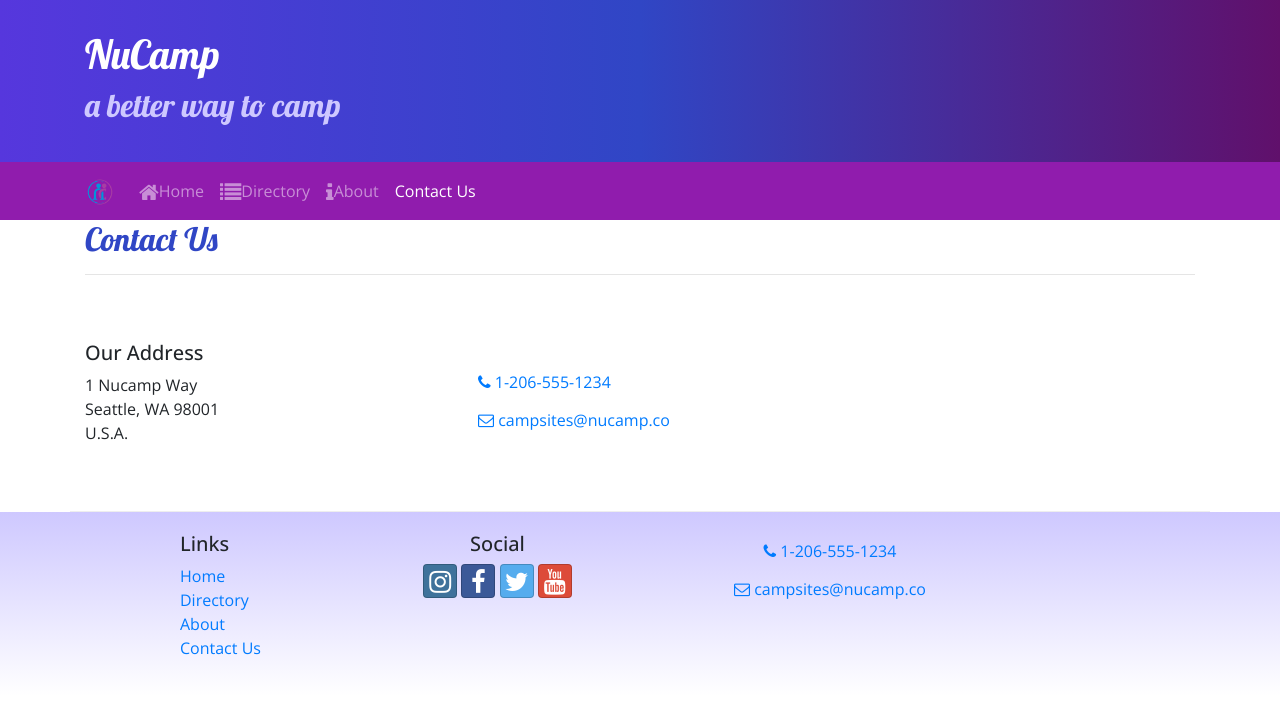
Repository: madisonisfan/nucamp-react
Page: /contactus
An editor plug-in stored every save of this project. The page is shown before and after the next save, followed by the edit.
The browser window is 1280 px wide. The pictures show the whole page.
The project was rebuilt for these pictures with package versions that can differ from the ones it lists, and the page was loaded fresh each time. Also part of the build but not shown: src/components/HomeComponent.js, src/components/CampsiteInfoComponent.js. Imported but missing from the stored project, and not drawn on this page: src/components/DirectoryComponent.

Above is the page before, as saved 2021-04-12 18:21:11.

### src/index.js
import React from "react";
import ReactDOM from "react-dom";
import "./index.css";
import reportWebVitals from "./reportWebVitals";
import "bootstrap/dist/css/bootstrap.min.css";
import "typeface-lobster";
import "typeface-open-sans";
import "font-awesome/css/font-awesome.css";
import "bootstrap-social/bootstrap-social.css";
import App from "./App";

ReactDOM.render(
  <React.StrictMode>
    <App />
  </React.StrictMode>,
  document.getElementById("root")
);

// If you want to start measuring performance in your app, pass a function
// to log results (for example: reportWebVitals(console.log))
// or send to an analytics endpoint. Learn more: https://bit.ly/CRA-vitals
reportWebVitals();

### src/App.js
import React, { Component } from "react";
import "./App.css";
import Main from "./components/MainComponent";
import { BrowserRouter } from "react-router-dom";

class App extends Component {
  render() {
    return (
      <BrowserRouter>
        <div className="App">
          <Main />
        </div>
      </BrowserRouter>
    );
  }
}

export default App;

### src/App.css
body {
  font-family: "Open Sans", sans-serif;
}

h1,
h2,
h3,
.card-body > .card-title {
  font-family: "Lobster", cursive;
}

.card-title {
  font-weight: 500;
  font-size: 1.25rem;
}

h2 {
  color: #3046c5;
}

.card-img-overlay .card-title {
  color: white;
  background-color: rgba(0, 0, 0, 0.5);
}

.row-content {
  padding: 50px 0;
  border-bottom: 1px ridge;
  min-height: 200px;
}

.site-footer {
  background-image: linear-gradient(#cec8ff, white);
  padding: 20px 0;
}

.jumbotron {
  margin: 0;
  padding: 30px;
  background-image: linear-gradient(to right, #5637dd, #3046c5, #60106b);
  color: white;
}

.jumbotron h2 {
  color: #cec8ff;
}

.navbar-dark {
  background-color: #901cad;
}

### src/components/MainComponent.js
import React, { Component } from "react";
import Directory from "./DirectoryComponent";
import { CAMPSITES } from "../shared/campsites";
import { COMMENTS } from "../shared/comments";
import { PARTNERS } from "../shared/partners";
import { PROMOTIONS } from "../shared/promotions";
import Header from "./HeaderComponent";
import Footer from "./FooterComponent";
import Home from "./HomeComponent";
import { Switch, Route, Redirect } from "react-router-dom";
import Contact from "./ContactComponent";
import CampsiteInfo from "./CampsiteInfoComponent";

class Main extends Component {
  constructor(props) {
    super(props);
    this.state = {
      campsites: CAMPSITES,
      comments: COMMENTS,
      partners: PARTNERS,
      promotions: PROMOTIONS,
    };
  }

  render() {
    const HomePage = () => {
      return (
        <Home
          campsite={
            this.state.campsites.filter((campsite) => campsite.featured)[0]
          }
          promotion={
            this.state.promotions.filter((promotion) => promotion.featured)[0]
          }
          partner={this.state.partners.filter((partner) => partner.featured)[0]}
        />
      );
    };

    const CampsiteWithId = ({ match }) => {
      return (
        <CampsiteInfo
          campsite={
            this.state.campsites.filter(
              (campsite) => campsite.id === +match.params.campsiteId
            )[0]
          }
          comments={this.state.comments.filter(
            (comment) => comment.campsiteId === +match.params.campsiteId
          )}
        />
        /*We want the whole comments array  so don't need to add [0]*/
      );
    };

    return (
      <div>
        <Header />
        <Switch>
          <Route path="/home" component={HomePage} />
          <Route
            exact
            path="/directory"
            render={() => <Directory campsites={this.state.campsites} />}
          />
          <Route path="/contactus" component={Contact} />
          <Route path="/directory/:campsiteId" component={CampsiteWithId} />
          <Redirect to="/home" />
        </Switch>
        <Footer />
      </div>
    );
  }
}

export default Main;

### src/shared/campsites.js
export const CAMPSITES = [
    {
        id: 0,
        name: "React Lake Campground",
        image: "/assets/images/react-lake.jpg",
        elevation: 1233,
        featured: false,
        description: "Nestled in the foothills of the Chrome Mountains, this campground on the shores of the pristine React Lake is a favorite for fly fishers."
    },
    {
        id: 1,
        name:"Chrome River Campground ",
        image: "/assets/images/chrome-river.jpg",
        elevation: 877,
        featured: false,
        description: "Spend a few sunny days and starry nights beneath a canopy of old-growth firs at this enchanting spot by the Chrome River."
    },
    {
        id: 2,
        name:"Breadcrumb Trail Campground",
        image: "/assets/images/breadcrumb-trail.jpg",
        elevation: 2901,
        featured: false,
        description: "Let NuCamp be your guide to this off-the-beaten-path, hike-in-only campground."
    },
    {
        id: 3,
        name:"Redux Woods Campground",
        image: "/assets/images/redux-woods.jpg",
        elevation: 42,
        featured: true,
        description: "You'll never want to leave this hidden gem, deep within the lush Redux Woods."
    }
];

### src/shared/comments.js
export const COMMENTS =
[
    {
        id: 0,
        campsiteId: 0,
        rating: 5,
        text: "What a magnificent view!",
        author: "Tinus Lorvaldes",
        date: "2018-10-25T16:30Z"
    },
    {
        id: 1,
        campsiteId: 0,
        rating: 4,
        text: "The campground was beautiful, but the bugs could bite sometimes.",
        author: "Brennen Ech",
        date: "2017-06-17T03:33Z"
    },
    {
        id: 2,
        campsiteId: 0,
        rating: 5,
        text: "I caught a world-record-breaking trout here on my last visit.",
        author: "McKenzie Sebastian",
        date: "2019-02-18T18:12Z"
    },
    {
        id: 3,
        campsiteId: 0,
        rating: 5,
        text: "A wonderful place to reconnect with nature.",
        author: "Jordan Runn",
        date: "2019-08-04T20:11Z"
    },
    {
        id: 4,
        campsiteId: 0,
        rating: 4,
        text: "The stars at night were a revelation!",
        author: "Ann Dabramov",
        date: "2018-07-23T19:44Z"
    },
    {
        id: 5,
        campsiteId: 1,
        rating: 4,
        text: "The campground was beautiful, but the bugs could bite sometimes.",
        author: "Brennen Ech",
        date: "2017-06-17T03:33Z"
    },
    {
        id: 6,
        campsiteId: 1,
        rating: 5,
        text: "I caught a world-record-breaking trout here on my last visit.",
        author: "McKenzie Sebastian",
        date: "2019-02-18T18:12Z"
    },
    {
        id: 7,
        campsiteId: 1,
        rating: 5,
        text: "A wonderful place to reconnect with nature.",
        author: "Jordan Runn",
        date: "2019-08-04T20:11Z"
    },
    {
        id: 8,
        campsiteId: 1,
        rating: 4,
        text: "The stars at night were a revelation!",
        author: "Ann Dabramov",
        date: "2018-07-23T19:44Z"
    },
    {
        id: 9,
        campsiteId: 1,
        rating: 5,
        text: "What a magnificent view!",
        author: "Tinus Lorvaldes",
        date: "2018-10-25T16:30Z"
    },
    {
        id: 10,
        campsiteId: 2,
        rating: 5,
        text: "I caught a world-record-breaking trout here on my last visit.",
        author: "McKenzie Sebastian",
        date: "2019-02-18T18:12Z"
    },
    {
        id: 11,
        campsiteId: 2,
        rating: 5,
        text: "A wonderful place to reconnect with nature.",
        author: "Jordan Runn",
        date: "2019-08-04T20:11Z"
    },
    {
        id: 12,
        campsiteId: 2,
        rating: 4,
        text: "The stars at night were a revelation!",
        author: "Ann Dabramov",
        date: "2018-07-23T19:44Z"
    },
    {
        id: 13,
        campsiteId: 2,
        rating: 5,
        text: "What a magnificent view!",
        author: "Tinus Lorvaldes",
        date: "2018-10-25T16:30Z"
    },
    {
        id: 14,
        campsiteId: 2,
        rating: 4,
        text: "The campground was beautiful, but the bugs could bite sometimes.",
        author: "Brennen Ech",
        date: "2017-06-17T03:33Z"
    },
    {
        id: 15,
        campsiteId: 3,
        rating: 5,
        text: "A wonderful place to reconnect with nature.",
        author: "Jordan Runn",
        date: "2019-08-04T20:11Z"
    },
    {
        id: 16,
        campsiteId: 3,
        rating: 4,
        text: "The stars at night were a revelation!",
        author: "Ann Dabramov",
        date: "2018-07-23T19:44Z"
    },
    {
        id: 17,
        campsiteId: 3,
        rating: 5,
        text: "What a magnificent view!",
        author: "Tinus Lorvaldes",
        date: "2018-10-25T16:30Z"
    },
    {
        id: 18,
        campsiteId: 3,
        rating: 4,
        text: "The campground was beautiful, but the bugs could bite sometimes.",
        author: "Brennen Ech",
        date: "2017-06-17T03:33Z"
    },
    {
        id: 19,
        campsiteId: 3,
        rating: 5,
        text: "I caught a world-record-breaking trout here on my last visit.",
        author: "McKenzie Sebastian",
        date: "2019-02-18T18:12Z"
    }
]

### src/shared/partners.js
export const PARTNERS = [
    {
        id: 0,
        name: "Bootstrap Outfitters",
        image: "/assets/images/bootstrap-logo.png",
        featured: false,
        description: "Bootstrap Outfitters supplies you with the gear you need at prices you can't beat."
    },
    {
        id: 1,
        name: "Git Out Expeditions",
        image: "/assets/images/git-logo.png",
        featured: false,
        description: "Join Git Out Expeditions to explore new horizons with a group of other adventurers!"
    },
    {
        id: 2,
        name: "Mongo Fly Shop",
        image: "/assets/images/mongo-logo.png",
        featured: false,
        description: "Need a new fishing pole, a tacklebox, or flies of all kinds? Stop by Mongo Fly Shop."
    },
    {
        id: 3,
        name: "Node Outdoor Apparel",
        image: "/assets/images/node-logo.png",
        featured: true,
        description: "From polar fleeces to swimsuits, hiking boots to waders, a visit to Node will be sure to get you covered."
    }
]

### src/components/HeaderComponent.js
import React, { Component } from "react";
import {
  Nav,
  Navbar,
  NavbarBrand,
  NavbarToggler,
  Collapse,
  NavItem,
  Jumbotron,
} from "reactstrap";
import { NavLink } from "react-router-dom";

class Header extends Component {
  constructor(props) {
    super(props);
    this.toggleNav = this.toggleNav.bind(this);
    this.state = {
      isNavOpen: false,
    };
  }

  toggleNav() {
    this.setState({
      isNavOpen: !this.state.isNavOpen,
    });
  }

  render() {
    return (
      <React.Fragment>
        <Jumbotron fluid>
          <div className="container">
            <div className="row">
              <div className="col">
                <h1>NuCamp</h1>
                <h2>a better way to camp</h2>
              </div>
            </div>
          </div>
        </Jumbotron>
        <Navbar dark sticky="top" expand="md">
          <div className="container">
            <NavbarBrand class="mr-auto" href="/">
              <img
                src="/assets/images/logo.png"
                height="30"
                width="30"
                alt="NuCamp Logo"
              />
            </NavbarBrand>
            <NavbarToggler isClick={this.toggleNav} />
            <Collapse isOpen={this.state.isNavOpen} navbar>
              <Nav navbar>
                <NavItem>
                  <NavLink className="nav-link" to="/home">
                    <i className="fa fa-home fa-lg" />
                    Home
                  </NavLink>
                </NavItem>
                <NavItem>
                  <NavLink className="nav-link" to="/directory">
                    <i className="fa fa-list fa-lg" />
                    Directory
                  </NavLink>
                </NavItem>
                <NavItem>
                  <NavLink className="nav-link" to="/aboutus">
                    <i className="fa fa-info fa-lg" />
                    About
                  </NavLink>
                </NavItem>
                <NavItem>
                  <NavLink className="nav-link" to="/contactus">
                    <i className="fa fa-address=card fa-lg" />
                    Contact Us
                  </NavLink>
                </NavItem>
              </Nav>
            </Collapse>
          </div>
        </Navbar>
      </React.Fragment>
    );
  }
}

export default Header;

### src/components/FooterComponent.js
import React from "react";
import { Link } from "react-router-dom";

function Footer(props) {
  return (
    <footer className="site-footer">
      <div className="container">
        <div className="row">
          <div className="col-4 col-sm-2 offset-1">
            <h5>Links</h5>
            <ul className="list-unstyled">
              <li>
                <Link to="/home">Home</Link>
              </li>
              <li>
                <Link to="/directory">Directory</Link>
              </li>
              <li>
                <Link to="/aboutus">About</Link>
              </li>
              <li>
                <Link to="/contactus">Contact Us</Link>
              </li>
            </ul>
          </div>
          <div className="col-6 col-sm-3 text-center">
            <h5>Social</h5>
            <a
              className="btn btn-social-icon btn-instagram"
              href="http://instagram.com/"
            >
              <i className="fa fa-instagram" />
            </a>{" "}
            <a
              className="btn btn-social-icon btn-facebook"
              href="http://www.facebook.com/"
            >
              <i className="fa fa-facebook" />
            </a>{" "}
            <a
              className="btn btn-social-icon btn-twitter"
              href="http://twitter.com/"
            >
              <i className="fa fa-twitter" />
            </a>{" "}
            <a
              className="btn btn-social-icon btn-google"
              href="http://youtube.com/"
            >
              <i className="fa fa-youtube" />
            </a>
          </div>
          <div className="col-sm-4 text-center">
            <a role="button" className="btn btn-link" href="tel:+12065551234">
              <i className="fa fa-phone" /> 1-206-555-1234
            </a>
            <br />
            <a
              role="button"
              className="btn btn-link"
              href="mailto:notreal@notreal.co"
            >
              <i className="fa fa-envelope-o" /> campsites@nucamp.co
            </a>
          </div>
        </div>
      </div>
    </footer>
  );
}

export default Footer;

### src/components/ContactComponent.js
import React from "react";
import { BreadcrumbItem, Breadcrumb } from "reactstrap";
import { Link } from "react-router-dom";

function Contact(props) {
  return (
    <div className="container">
      <div className="row">
        <div className="col">
          <h2>Contact Us</h2>
          <hr />
        </div>
      </div>

      <div className="row row-content align-items-center">
        <div className="col-sm-4">
          <h5>Our Address</h5>
          <address>
            1 Nucamp Way
            <br />
            Seattle, WA 98001
            <br />
            U.S.A.
          </address>
        </div>
        <div className="col">
          <a role="button" className="btn btn-link" href="tel:+12065551234">
            <i className="fa fa-phone" /> 1-206-555-1234
          </a>
          <br />
          <a
            role="button"
            className="btn btn-link"
            href="mailto:fakeemail@fakeemail.co"
          >
            <i className="fa fa-envelope-o" /> campsites@nucamp.co
          </a>
        </div>
      </div>
    </div>
  );
}

export default Contact;

Loaded but not shown: public/index.html (common file); src/index.css (common file); src/reportWebVitals.js (common file); src/shared/promotions.js (common file)

After the next save:
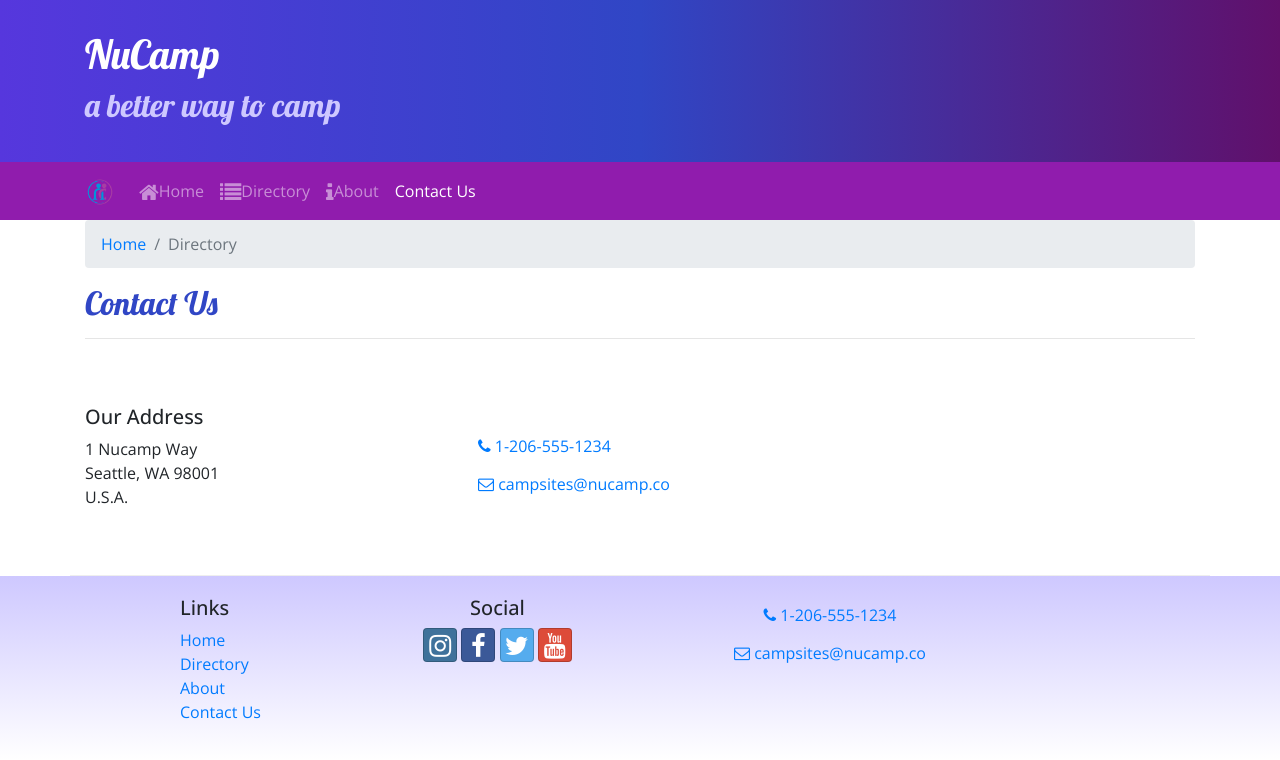
Saved 37 s later.
--- a/src/components/ContactComponent.js
+++ b/src/components/ContactComponent.js
@@ -7,6 +7,12 @@ function Contact(props) {
     <div className="container">
       <div className="row">
         <div className="col">
+          <Breadcrumb>
+            <BreadcrumbItem>
+              <Link to="/home">Home</Link>
+            </BreadcrumbItem>
+            <BreadcrumbItem active>Directory</BreadcrumbItem>
+          </Breadcrumb>
           <h2>Contact Us</h2>
           <hr />
         </div>
